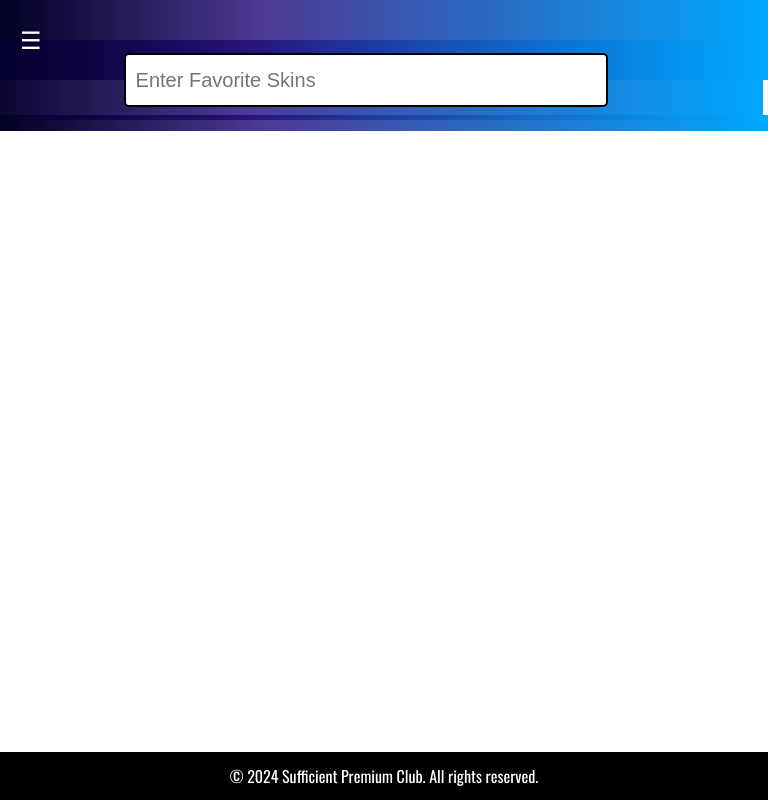
Repository: spcdomains/graph
Page: /Fetched
An editor plug-in stored every save of this project. The page is shown before and after the next save, followed by the edit.
The browser window is 768 px wide. The pictures show the whole page.
The page's requests for data from a server got no answer. Some web fonts or font styles are not loaded; a fallback is used. The project was rebuilt for these pictures with package versions that can differ from the ones it lists, and the page was loaded fresh each time. The framework's server and built-in components were replaced by stand-ins that run in the browser. No one was signed in, and anything a server would have sent is missing. Also part of the build but not shown: Components/Filterpop/index.module.scss.

Above is the page before, as saved 2024-08-16 15:59:49.

### pages/_app.tsx
// pages/_app.tsx
import { AppProps } from 'next/app';
import Head from 'next/head'; // Import Head from next/head
import '../styles/globals.css';
import Navbar from '@/Components/Navbar';
import Footer from '@/Components/Footer';

function MyApp({ Component, pageProps }: AppProps) {
  return (
    <>
      <Head>
        <link rel="preconnect" href="https://fonts.googleapis.com" />
        <link rel="preconnect" href="https://fonts.gstatic.com" />
        <link
          href="https://fonts.googleapis.com/css2?family=Aclonica&family=Oswald:wght@200..700&display=swap"
          rel="stylesheet"
        />
        <meta name="description" content="The games trading zone" />
        <meta name="robots" content="for games,to gamers,by gamers" />
        <meta property="og:type" content="for games,to gamers,by gamers" />
        <meta property="og:site_name" content="Trading" />
        <meta property="og:title" content="Gamin platform" />
        <meta property="og:description" content="for games,to gamers,by gamers" />
        <meta property="og:url" content="https://www.buy.trollsufficient.com/" />
        <meta property="og:image" content="https://www.buy.trollsufficient.com/" />
        <title>Buy Castles and more</title>
      </Head>
      <Navbar />
      <Component {...pageProps} />
      <Footer />
    </>
  );
}

export default MyApp;

### pages/Fetched/index.tsx
import React, { useEffect, useState } from "react";
import axios from "axios";
import styles from "./index.module.scss";
import Link from "next/link";
import Image from "next/image";
import Filterpop from '@/Components/Filterpop'
import { useRouter } from "next/router";

const Index = () => {
  const [categories, setCategories] = useState<any[]>([]);
  // const [filterVisible, setFilterVisible] = useState<boolean>(false);
  const [filterVisible, setFilterVisible] = useState<boolean>(false);
  const [selectedCategory, setSelectedCategory] = useState<string>('');
  const [selectedSkin, setSelectedSkin] = useState<string>('');
  const [selectedBuff, setSelectedBuff] = useState<string>('');
  const [isMobile, setIsMobile] = useState<boolean>(true);
const router=useRouter()
const {query}=router;
const {skintype,name}=query;
console.log(query)
  useEffect(() => {
    const setInitialFilterVisibility = () => {
      if (window.innerWidth <= 768) {
        setFilterVisible(false);
      } else {
        setFilterVisible(true);
      }
    };

    setInitialFilterVisibility();

    window.addEventListener("resize", setInitialFilterVisibility);

    return () => {
      window.removeEventListener("resize", setInitialFilterVisibility);
    };
  }, []);

  useEffect(() => {
    const fetchData = async () => {
      try {
        const response = await axios.get(
          `https://www.referback.trollsufficient.com/data/sort?permalink=${skintype}&skintype=${name}`
        );
        setCategories(response.data);
      } catch (error) {
        console.error("Error fetching data:", error);
      }
    };

    fetchData();
  }, []);

  const toggleFilterVisibility = () => {
    setFilterVisible(!filterVisible);
  };

  const closeFilter = () => {
    setFilterVisible(false);
  };
  const handleGoClick = () => {
    // Navigate to the /Fetched page with query parameters
    router.push({
      pathname: '/Fetched',
      query: {
        skintype: selectedCategory,
        name: selectedBuff,
        // skin: selectedSkin,
      },
    });
  };

  useEffect(() => {
    const handleResize = () => {
      setIsMobile(window.innerWidth <= 768);
    };

    handleResize(); // Initial check
    window.addEventListener('resize', handleResize);

    return () => {
      window.removeEventListener('resize', handleResize);
    };
  }, []);
  useEffect(() => {
    // On large screens, set filterVisible to true
    if (!isMobile) {
      setFilterVisible(true);
    }
  }, [isMobile]);
  return (
    <div className={styles.cardContainer}>
    <Filterpop
        filterVisible={filterVisible}
        toggleFilterVisibility={toggleFilterVisibility}
        selectedSkin={selectedSkin}
        setSelectedSkin={setSelectedSkin}
        selectedCategory={selectedCategory}
        setSelectedCategory={setSelectedCategory}
        selectedBuff={selectedBuff}
        setSelectedBuff={setSelectedBuff}
        handleGoClick={handleGoClick}
      />
      {isMobile && (
        <button className={styles.filterButton} onClick={toggleFilterVisibility}>
          {filterVisible ? 'Hide Filters' : 'Show Filters'}
        </button>
      )}
      <div className={styles.cards}>
        {categories.map((category: any) => (
          <Link
            key={category._id}
            href={`/Skintypes/${category.skintype}`}
            style={{ textDecoration: "none" }}
          >
            <div className={styles.card}>
              {category.photo && category.photo.length > 0 && (
                <Image
                  src={category.photo[0]} // Assuming you want to show the first photo
                  alt={category.skintype || "Category Image"}
                  className={styles.cardImage}
                  width={500} // Adjust width as needed
                  height={300} // Adjust height as needed
                />
              )}
              <div className={styles.cardContent}>
                <h2 className={styles.cardTitle}>{category.skintype}</h2>
                <p>Quantity: {category.quantity}</p>
                <p>Selling Amount: {category.sellingAmount}</p>
                <p>Buffs: {category.buff.map((b: any, index: number) => (
                  <span key={index}>
                    {Object.entries(b).map(([key, value]:any) => (
                      <span key={key}>{key}: {value}; </span>
                    ))}
                  </span>
                ))}</p>
              </div>
            </div>
          </Link>
        ))}
      </div>
    </div>
  );
};

export default Index;

### styles/globals.css
*{
  margin: 0%;
  padding: 0%;

}

body {
  font-family: 'Oswald', sans-serif; /* Apply Oswald font to the whole document */
}

h1 {
  font-family: 'Aclonica', sans-serif; /* Apply Aclonica font to all h1 elements */
}

### Components/Navbar/index.tsx
import React, { useEffect, useState } from "react";
import style from "./index.module.scss";
import Link from "next/link";
import axios from "axios";
import { useRouter } from "next/router";

const Navbar = () => {
  const [isMenuOpen, setIsMenuOpen] = useState(false);
  const [coins, setCoins] = useState<number>(0);
  const [isAuthenticated, setIsAuthenticated] = useState<boolean>(false);
  const [userRole, setUserRole] = useState<string | null>(null);
  const [searchTerm, setSearchTerm] = useState<string>("");
  const [suggestions, setSuggestions] = useState<any[]>([]);
  const [allData, setAllData] = useState<any[]>([]);
  const router = useRouter();

  // Toggle menu visibility
  const toggleMenu = () => {
    setIsMenuOpen((prevState) => !prevState);
  };

  // Close menu
  const closeMenu = () => {
    setIsMenuOpen(false);
  };

  // Check authentication status and fetch user data
  useEffect(() => {
    const token = localStorage.getItem("accessToken");
    const role = localStorage.getItem("role");
    setIsAuthenticated(!!token);
    setUserRole(role);

    const fetchCoins = async () => {
      if (token) {
        try {
          const userId = localStorage.getItem("userId");
          if (userId) {
            const coinsResponse = await axios.get(
              `https://www.referback.trollsufficient.com/admin/coins/${userId}`,
              {
                headers: {
                  Authorization: `Bearer ${token}`,
                  "Content-Type": "application/json",
                },
              }
            );
            setCoins(coinsResponse.data.coins);
          }
        } catch (error) {
          console.error("Error fetching coins:", error);
        }
      }
    };

    fetchCoins();
  }, [isAuthenticated]);

  useEffect(() => {
    const fetchData = async () => {
      try {
        const response = await axios.get('https://www.referback.trollsufficient.com/data/sort');
        setAllData(response.data);
      } catch (error) {
        console.error("Error fetching data:", error);
      }
    };

    fetchData();
  }, []);

  useEffect(() => {
    if (searchTerm) {
      const filteredSuggestions = allData.filter(item =>
        item.skintype.toLowerCase().includes(searchTerm.toLowerCase())
      );
      setSuggestions(filteredSuggestions);
    } else {
      setSuggestions([]);
    }
  }, [searchTerm, allData]);

  const handleLogout = async () => {
    localStorage.removeItem("accessToken");
    localStorage.removeItem("userName");
    localStorage.removeItem("userId");
    localStorage.removeItem("userCoins");
    localStorage.removeItem("role");

    setCoins(0);
    setIsAuthenticated(false);
    setUserRole(null);

    router.push("/").then(() => {
      window.location.reload();
    });
  };

  const handleSearchChange = (e: React.ChangeEvent<HTMLInputElement>) => {
    setSearchTerm(e.target.value);
  };

  const handleSuggestionClick = (skintype: string) => {
    setSearchTerm(skintype);
    router.push(`/details/${skintype}`); // Navigate to the detailed page
  };

  return (
    <div className={style.navbar_cain}>
      <div className={style.hamburger} onClick={toggleMenu}>
        {isMenuOpen ? "X" : "☰"}
      </div>
      <div className={style.image}></div>
      <div className={style.search_box}>
        <input
          className={style.input}
          placeholder="Enter Favorite Skins"
          value={searchTerm}
          onChange={handleSearchChange}
        />
        {suggestions.length > 0 && (
          <div className={style.suggestions}>
            {suggestions.map((item) => (
              <div
                key={item._id}
                className={style.suggestionItem}
                onClick={() => handleSuggestionClick(item.skintype)}
              >
                {/* <img src={item.photo[0]} alt={item.skintype} className={style.suggestionImage} /> */}
                <div className={style.suggestionText}>
                  {item.skintype}
                </div>
              </div>
            ))}
          </div>
        )}
      </div>
      <ul className={`${style.caintainer} ${isMenuOpen ? style.showMenu : ""}`}>
        <li className={style.items} onClick={closeMenu}>
          <div className={style.name}>
            <Link href="/" style={{ textDecoration: "none", color: "white" }}>
              <p>Home</p>
            </Link>
            <hr className={style.line} />
          </div>
        </li>
        <li className={style.items} onClick={closeMenu}>
          <div className={style.name}>
            <Link href="/Tree" style={{ textDecoration: "none", color: "white" }}>
              <p>Alluser</p>
            </Link>
            <hr className={style.line} />
          </div>
        </li>
        <li className={style.items} onClick={closeMenu}>
          <div className={style.name}>
            <Link href="/Skintypes" style={{ textDecoration: "none", color: "white" }}>
              <p>Skins</p>
            </Link>
            <hr className={style.line} />
          </div>
        </li>
        <li className={style.items} onClick={closeMenu}>
          <div className={style.name}>
            <Link href="/contact" style={{ textDecoration: "none", color: "white" }}>
              <p>Contact</p>
            </Link>
            <hr className={style.line} />
          </div>
        </li>
        <li className={style.items} onClick={closeMenu}>
          <div className={style.name}>
            {!isAuthenticated ? (
              <Link href="/Login" style={{ textDecoration: "none", color: "white" }}>
                <p>Login</p>
              </Link>
            ) : (
              <button className={style.links} onClick={handleLogout}>
                Logout
              </button>
            )}
            <hr className={style.line} />
          </div>
        </li>
      </ul>
    </div>
  );
};

export default Navbar;

### Components/Footer/index.tsx
import React from 'react';
import styles from './inde.module.scss';

const Footer = () => {
  return (
    <div className={styles.footer}>
      <div className={styles.text}>
        © 2024 Sufficient Premium Club. All rights reserved.
      </div>
      <div className={`${styles.icon} ${styles['mobile-hidden']}`}>
        {/* <img
          src='https://upload.wikimedia.org/wikipedia/commons/thumb/5/5e/WhatsApp_icon.png/598px-WhatsApp_icon.png'
          alt='WhatsApp Icon'
        /> */}
      </div>
    </div>
  );
}

export default Footer;

### pages/Fetched/index.module.scss
.cardContainer {
    background: linear-gradient(
      90deg,
      rgba(2, 0, 36, 1) 0%,
      rgba(33, 9, 121, 0.8) 35%,
      rgba(0, 168, 255, 1) 100%
    );
    height: auto;
    // background-size: 100vh;
    display: flex;
    justify-content: space-between;
    padding-bottom: 100px;
    margin-bottom: 40px;

    .filter {
      color: white;
      border: 1px solid white;
      height: 80vh;
      width: 20%;
      position: fixed;
      top: 100px;
      left: 0;
      background: linear-gradient(
        90deg,
        rgba(0, 168, 255, 1) 0%,
        rgba(69, 128, 130, 1) 7%,
        rgba(54, 136, 157, 1) 93%,
        rgba(0, 168, 255, 1) 100%
      );
      padding: 20px;
      box-sizing: border-box;
      overflow-y: auto;
      display: none; // Hidden by default

      &.filterVisible {
        display: block; // Show when visible state is true
        @media screen and (max-width: 768px) {
          z-index: 10000;
          width: 100%;
          height: 100vh;
          position: fixed;
          top: 0;
          display: flex;
          flex-direction: column;
          gap: 29px;
          padding-top: 100px;
        }
      }

      .search_box {
        margin: 10px 0;
        display: flex;
        flex-direction: column;
        font-size: 18px;
        input {
          padding: 10px;
        }
      }
      .dropdown {
        display: flex;
        flex-direction: column;
        font-size: 18px; // Default font size

        // Media query for mobile devices
        @media screen and (max-width: 768px) {
          select {
            font-size: 14px; // Adjust font size for mobile
          }
        }
      }
    }

    .closeButton {
      position: absolute;
      top: 10px;
      right: 10px;
      background: none;
      border: none;
      color: white;
      font-size: 24px;
      cursor: pointer;
      display: none; // Hidden by default

      @media screen and (max-width: 768px) {
        display: block; // Show only on mobile
      }
    }

    .filterButton {
      display: none; // Hidden by default on larger screens
      position: fixed;
      top: 80px;
      right: 0;
      padding: 10px;
      background: rgb(255, 255, 255);
      color: rgb(35, 98, 186);
      border: none;
      cursor: pointer;
      width: 100%;

      @media screen and (max-width: 768px) {
        display: block; // Show on mobile
      }
    }

    .cards {
      // width: 60%;
      display: flex;
      justify-content: center;
      flex-wrap: wrap;
      position: relative;
      left: 0px;
      margin-left: 130px;
      top: 100px;

      .card {
        background-color: rgb(242, 238, 238);
        border-radius: 10px;
        box-shadow: 0 4px 8px rgba(0, 0, 0, 0.2);
        margin: 20px;
        width: 250px;
        overflow: hidden;
        transition: transform 0.3s;
        position: relative;
        height: 368px;

        a {
          top: 10px;
        }

        &:hover {
          transform: scale(1.05);
        }
        @media screen and (max-width:768px) {
          width: 280px;
          height: auto;
        }
      }
      @media screen and (max-width:200000px) {
        margin-left: 20%;

      }
    }

    @media screen and (max-width: 768px) {
      .cards {
        width: 100%;
        left: 0;
        // top: 145px;
        margin-top: 31px;
        margin-left: 0px;
      }
    }
  }

  .cardImage {
    width: 100%;
    height: 150px;
  }

  .cardContent {
    padding: 20px;
    background-color: rgb(242, 238, 238);
  }

  .cardTitle {
    font-size: 1.5em;
    margin: 0 0 10px;
    color: #333;
    background-color: rgb(242, 238, 238);
  }

  .cardDate {
    font-size: 0.9em;
    color: #777;
    margin: 0;
  }

### Components/Filterpop/index.tsx
import React, { useRef } from 'react';
import styles from './index.module.scss';

interface FilterPopupProps {
  filterVisible: boolean;
  toggleFilterVisibility: () => void;
  selectedSkin: string;
  setSelectedSkin: (value: string) => void;
  selectedCategory: string;
  setSelectedCategory: (value: string) => void;
  selectedBuff: string;
  setSelectedBuff: (value: string) => void;
  handleGoClick: () => void;
}

const FilterPopup: React.FC<FilterPopupProps> = ({
  filterVisible,
  toggleFilterVisibility,
  selectedSkin,
  setSelectedSkin,
  selectedCategory,
  setSelectedCategory,
  selectedBuff,
  setSelectedBuff,
  handleGoClick,
}) => {
  const filterRef = useRef<HTMLDivElement>(null);

  return (
    <>
      {filterVisible && (
        <div
          ref={filterRef}
          className={`${styles.filter} ${filterVisible ? styles.filterVisible : ''}`}
        >
          <button className={styles.closeButton} onClick={toggleFilterVisibility}>
            &times;
          </button>
          <div className={styles.search_box}>
            <label>Search Box</label>
            <input
              placeholder="Search Here"
              type="text"
              value={selectedSkin}
              onChange={(e) => setSelectedSkin(e.target.value)}
            />
          </div>
          <div className={styles.search_box}>
            <label>Select Category</label>
            <input
              placeholder="Category"
              type="text"
              value={selectedCategory}
              onChange={(e) => setSelectedCategory(e.target.value)}
            />
          </div>
          <div className={styles.search_box}>
            <label>Select Buff</label>
            <input
              placeholder="Buff"
              type="text"
              value={selectedBuff}
              onChange={(e) => setSelectedBuff(e.target.value)}
            />
          </div>
          <div className={styles.btn}>
            <button onClick={handleGoClick} style={{ width: "100px", height: "30px", marginTop: "30px", cursor: "pointer" }}>
              GO
            </button>
          </div>
        </div>
      )}
    </>
  );
};

export default FilterPopup;

### Components/Navbar/index.module.scss
.navbar_cain {
  position: fixed;
  width: 100%;
  z-index: 10000;
}

.caintainer {
  display: flex;
  justify-content: end;
  padding: 30px;
  color: white;
  background: rgb(2,0,36);
  background: linear-gradient(90deg, rgba(2,0,36,1) 0%, rgba(9,9,121,1) 46%, rgba(0,212,255,1) 100%);
  z-index: 40;
  gap: 30px;
}

.search_box {
  width: 100%;
  position: relative;
  display: flex;
  justify-content: center;
  margin-top: 20px;
}

.input {
  padding: 10px;
  width: 30%;
  height: 30px;
  border: 2px solid black;
  border-radius: 5px;
  @media screen and (max-width: 768px) {
    font-size: 20px;
    width: 60%;
  }
}

.suggestions {
  position: absolute;
  top: 100%;
  left: 35%;
  width: 30%;
  max-height: 300px;
  overflow-y: auto;
  background-color: white;
  border-radius: 5px;
  box-shadow: 0 4px 8px rgba(0, 0, 0, 0.2);
  z-index: 1000;
}

.suggestionItem {
  display: flex;
  align-items: center;
  padding: 10px;
  border-bottom: 1px solid #ddd;
  cursor: pointer;
  transition: background-color 0.3s;
}

.suggestionItem:hover {
  background-color: #f0f0f0;
}

.suggestionImage {
  width: 50px;
  height: 50px;
  border-radius: 50%;
  margin-right: 10px;
}

.suggestionText {
  font-size: 16px;
  font-weight: bold;
}

.items {
  position: relative;
  right: 80px;
  font-size: 18px;
}

.name {
  display: flex;
}

.name p {
  cursor: pointer;
}

.name p:hover {
  transform: scale(1.2);
  transition: transform 0.3s linear;
}

.line {
  margin-left: 10px;
}

.hamburger {
  display: none;
  font-size: 24px;
  cursor: pointer;
  position: absolute;
  left: 20px;
  top: 20px;
  z-index: 50;
}

.no-scroll {
  overflow: hidden;
}

@media screen and (max-width: 768px) {
  .caintainer {
    display: none;
  }

  .hamburger {
    display: block;
    color: white;
  }

  .line {
    display: none;
  }

  .name {
    position: absolute;
    top: 100px;
    width: 100%;
    font-size: 30px;
  }

  .name p {
    border-bottom: 1px solid white;
    border-top: 1px solid white;
  }

  .showMenu {
    display: flex;
    flex-direction: column;
    justify-content: start;
    gap: 80px;
    align-items: center;
    top: 0;
    height: 100vh;
    width: 70%;
    list-style-type: none;
    background: rgb(2,0,36);
    background: linear-gradient(90deg, rgba(2,0,36,1) 0%, rgba(9,9,121,1) 46%, rgba(0,212,255,1) 100%);
    position: fixed;
    left: 0;
    z-index: 40;
    animation: come 0.5s ease-in-out 1 forwards;
  }

  @keyframes come {
    0% {
      width: 40%;
      opacity: 0;
    }
    100% {
      width: 100%;
      opacity: 1;
    }
  }

  .search_box {
    width: 100%;
    position: absolute;
    display: flex;
    justify-content: center;
    top: 20px;
    right: 5px;
    padding: 13px;
    background: linear-gradient(
      90deg,
      rgba(2, 0, 36, 1) 0%,
      rgba(33, 9, 121, 0.8) 35%,
      rgba(0, 168, 255, 1) 100%
    );
  }

  .input {
    padding: 10px;
    width: 60%;
    height: 30px;
    border: 2px solid black;
    border-radius: 5px;
  }
}

### Components/Footer/inde.module.scss
.footer {
    width: 100%;
    height: 3rem; /* Equivalent to h-12 in Tailwind */
    display: flex;
    justify-content: center;
    align-items: center;
    background-color: black;
    color: white;
    position:fixed;
    bottom: 0;

    .text {
      margin: 0;
    }

    .icon {
      position: absolute;
      height: 2.5rem; /* Equivalent to h-10 in Tailwind */
      width: 3rem; /* Equivalent to w-12 in Tailwind */
      bottom: 1.75rem; /* Equivalent to bottom-7 in Tailwind */
      right: 3.5rem; /* Equivalent to right-14 in Tailwind */
      cursor: pointer;
      transition: transform 0.3s ease; /* For hover effect */

      &:hover {
        transform: scale(1.10);
      }

      &.mobile-hidden {
        @media (max-width: 768px) {
          display: none; /* Hide on mobile screens */
        }
      }
    }
  }

After the next save:
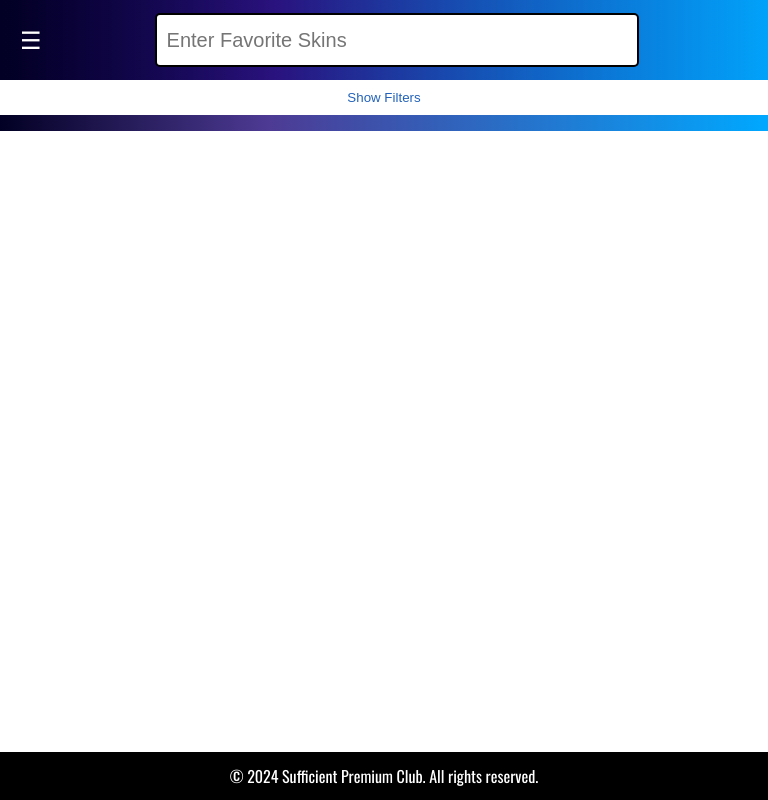
Saved 6 s later.
--- a/Components/Navbar/index.module.scss
+++ b/Components/Navbar/index.module.scss
@@ -1,9 +1,8 @@
-.navbar_cain {
+.navbar_cain{
   position: fixed;
   width: 100%;
   z-index: 10000;
 }
-
 .caintainer {
   display: flex;
   justify-content: end;
@@ -13,14 +12,18 @@
   background: linear-gradient(90deg, rgba(2,0,36,1) 0%, rgba(9,9,121,1) 46%, rgba(0,212,255,1) 100%);
   z-index: 40;
   gap: 30px;
+  // position: fixed; // Commented out for better control with JavaScript
 }
 
 .search_box {
   width: 100%;
-  position: relative;
-  display: flex;
-  justify-content: center;
-  margin-top: 20px;
+    position: absolute;
+    display: flex;
+    top: 20px;
+    left: 100px;
+  @media screen  and (max-width:768px){
+      left: 20px;
+  }
 }
 
 .input {
@@ -29,48 +32,9 @@
   height: 30px;
   border: 2px solid black;
   border-radius: 5px;
-  @media screen and (max-width: 768px) {
+  @media screen and (max-width:768px) {
     font-size: 20px;
-    width: 60%;
   }
-}
-
-.suggestions {
-  position: absolute;
-  top: 100%;
-  left: 35%;
-  width: 30%;
-  max-height: 300px;
-  overflow-y: auto;
-  background-color: white;
-  border-radius: 5px;
-  box-shadow: 0 4px 8px rgba(0, 0, 0, 0.2);
-  z-index: 1000;
-}
-
-.suggestionItem {
-  display: flex;
-  align-items: center;
-  padding: 10px;
-  border-bottom: 1px solid #ddd;
-  cursor: pointer;
-  transition: background-color 0.3s;
-}
-
-.suggestionItem:hover {
-  background-color: #f0f0f0;
-}
-
-.suggestionImage {
-  width: 50px;
-  height: 50px;
-  border-radius: 50%;
-  margin-right: 10px;
-}
-
-.suggestionText {
-  font-size: 16px;
-  font-weight: bold;
 }
 
 .items {
@@ -106,6 +70,7 @@
   z-index: 50;
 }
 
+// Add this class to control body overflow when menu is open
 .no-scroll {
   overflow: hidden;
 }
@@ -148,21 +113,20 @@
     list-style-type: none;
     background: rgb(2,0,36);
     background: linear-gradient(90deg, rgba(2,0,36,1) 0%, rgba(9,9,121,1) 46%, rgba(0,212,255,1) 100%);
-    position: fixed;
-    left: 0;
-    z-index: 40;
+    position: fixed; // Make sure the menu covers the viewport
+    left: 0; // Align the menu to the left
+    z-index: 40; // Ensure it's above other content
     animation: come 0.5s ease-in-out 1 forwards;
   }
-
   @keyframes come {
-    0% {
-      width: 40%;
-      opacity: 0;
-    }
-    100% {
-      width: 100%;
-      opacity: 1;
-    }
+      0%{
+        width: 40%;
+        opacity: 0;
+      }
+      100%{
+        width: 100%;
+        opacity: 1;
+      }
   }
 
   .search_box {
@@ -172,13 +136,21 @@
     justify-content: center;
     top: 20px;
     right: 5px;
-    padding: 13px;
-    background: linear-gradient(
-      90deg,
-      rgba(2, 0, 36, 1) 0%,
-      rgba(33, 9, 121, 0.8) 35%,
-      rgba(0, 168, 255, 1) 100%
-    );
+    @media screen and (max-width:768px) {
+      width: 100%;
+      position: absolute;
+      display: flex;
+      justify-content: center;
+      top: 0px;
+      left: 0px;
+      padding: 13px;
+      background: linear-gradient(
+        90deg,
+        rgba(2, 0, 36, 1) 0%,
+        rgba(33, 9, 121, 0.8) 35%,
+        rgba(0, 168, 255, 1) 100%
+      );;
+    }
   }
 
   .input {
